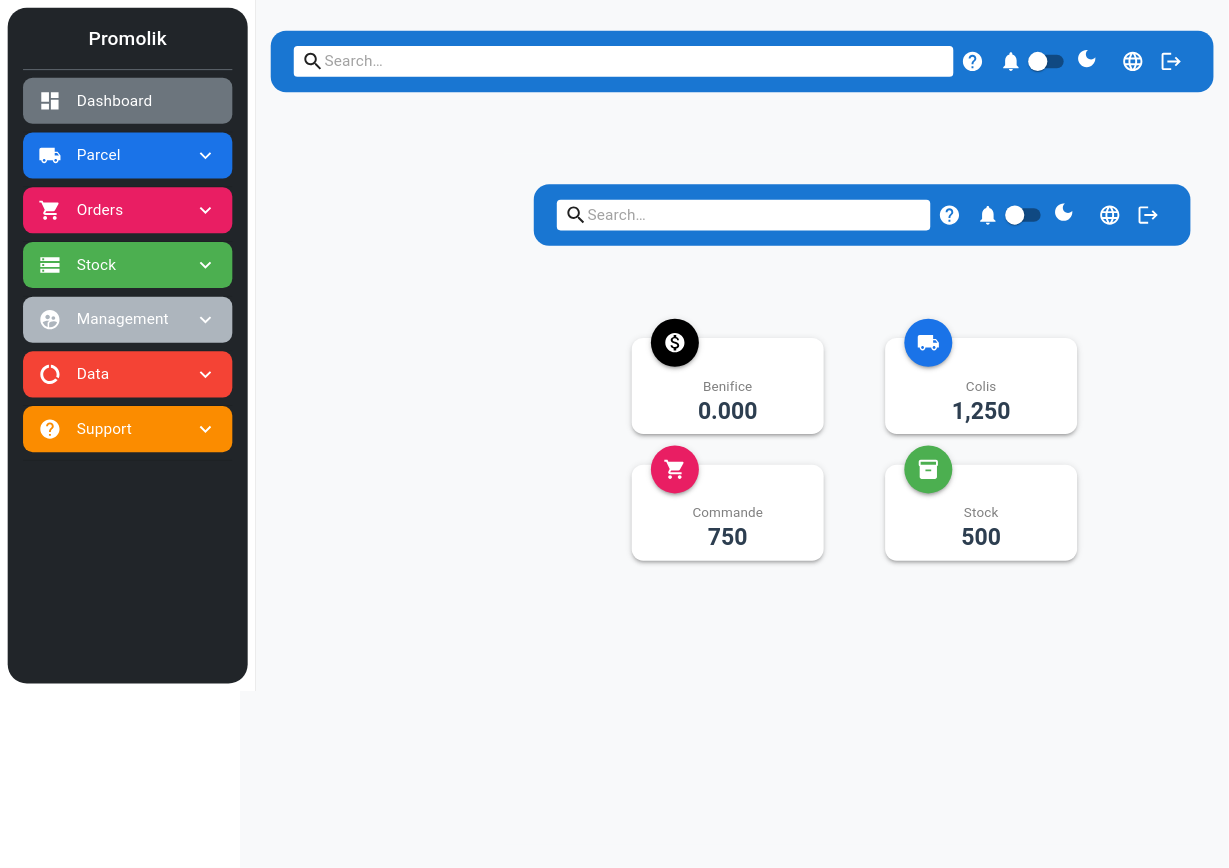
Repository: yosrjdly/stk
Page: /dashboard (app in dashboard/)
These files come from the project's save history. The page is drawn as it stood at one moment and after a run of saves; the edit follows.
The browser window is 1280 px wide. The pictures show the whole page, at 96% of full size.
The project was rebuilt for these pictures with package versions that can differ from the ones it lists, and the page was loaded fresh each time. The framework's server and built-in components were replaced by stand-ins that run in the browser. Also part of the build but not shown: dashboard/next.config.ts.

Above is the page before, as saved 2025-02-14 18:09:09.

### dashboard/src/app/dashboard/Layout.tsx
"use client";

import { Box, CssBaseline, Toolbar } from "@mui/material";
import Sidebar from "../../componenets/sidebar/SideBar";
import Navbar from "../../componenets/navbar/Navbar"; // Assuming you have a Navbar component
import { ReactNode } from "react";

interface LayoutProps {
  children: ReactNode;
}

export default function Layout({ children }: LayoutProps) {
  return (
    <Box sx={{ display: "flex" }}>
      <CssBaseline />

      {/* Sidebar (Permanent) */}
      <Sidebar />

      {/* Main Content Area */}
      <Box
        component="main"
        sx={{

          flexGrow: 1,
          p: 3,
          width: `calc(100% - 250px)`, // Adjusting main content width to fit sidebar
          backgroundColor: "#f8f9fa",
          minHeight: "100vh",
        }}
      >
        {/* Navbar */}
        <Navbar />

        {/* Page Content */}
        <Toolbar /> {/* Keeps content from being hidden behind Navbar */}
        {children}
      </Box>
    </Box>
  );
}

### dashboard/src/app/dashboard/page.tsx
import DashboardStats from "@/componenets/cards/smallCard/StatisticCard";
import Layout from "../dashboard/Layout";

export default function DashboardHome() {
  return (
    <Layout>
    <DashboardStats/>
    </Layout>
  );
}

### dashboard/src/componenets/sidebar/SideBar.tsx
"use client";

import { useState } from "react";
import { useRouter, usePathname } from "next/navigation";
import {
  Drawer,
  List,
  ListItemButton,
  ListItemText,
  Collapse,
  Divider,
  Typography,
  Box,
  IconButton,
} from "@mui/material";
import { ExpandLess, ExpandMore, Brightness4, Brightness7 } from "@mui/icons-material";
import DashboardIcon from '@mui/icons-material/Dashboard';
import LocalShippingIcon from '@mui/icons-material/LocalShipping';
import ShoppingCartIcon from '@mui/icons-material/ShoppingCart';
import StorageIcon from '@mui/icons-material/Storage';
import SupervisedUserCircleIcon from '@mui/icons-material/SupervisedUserCircle';
import DataUsageIcon from '@mui/icons-material/DataUsage';
import HelpIcon from '@mui/icons-material/Help';

const menuItems = [
  {
    title: "Dashboard",
    path: "/dashboard",
    color: "#6c757d",
    icon: <DashboardIcon />,
  },
  {
    title: "Parcel",
    subItems: [
      { title: "Exchange List", path: "/dashboard/parcel/exchangeList" },
      { title: "Exchange Return", path: "/dashboard/parcel/exchangeReturn" },
      { title: "Exchange Creation", path: "/dashboard/parcel/exchangeCreation" },
      { title: "Package Creation", path: "/dashboard/parcel/packageCreation" },
      { title: "Package Edit", path: "/dashboard/parcel/packageEdit" },
      { title: "Package List", path: "/dashboard/parcel/packageList" },
      { title: "Parcel Return", path: "/dashboard/parcel/parcelReturn" },
    ],
    color: "#1a73e8",
    icon: <LocalShippingIcon />,
  },
  {
    title: "Orders",
    subItems: [
      { title: "Cash Sale", path: "/dashboard/orders/cashSale" },
      { title: "Orders", path: "/dashboard/orders/orders" },
    ],
    color: "#e91e63",
    icon: <ShoppingCartIcon />,
  },
  {
    title: "Stock",
    subItems: [
      { title: "Add Article", path: "/dashboard/stock/addArticle" },
      { title: "Entred Stock", path: "/dashboard/stock/entredStock" },
      { title: "Notification", path: "/dashboard/stock/notification" },
      { title: "Stock", path: "/dashboard/stock/stock" },
    ],
    color: "#4caf50",
    icon: <StorageIcon />,
  },
  {
    title: "Management",
    subItems: [
      { title: "Delivery Company", path: "/manegement/deliveryCompany" },
      { title: "Profile", path: "/dashboard/management/profile" },
      { title: "Profit", path: "/dashboard/management/profit" },
      { title: "Spending", path: "/dashboard/management/spending" },
      { title: "User", path: "/dashboard/management/user" },
    ],
    color: "#adb5bd",
    icon: <SupervisedUserCircleIcon />,
  },
  {
    title: "Data",
    subItems: [
      { title: "Archived Parcel", path: "/dashboard/data/archivedParcel" },
      { title: "Command Deleted", path: "/dashboard/data/commandDeleted" },
      { title: "Deleted Parcel", path: "/dashboard/data/deletedParcel" },
      { title: "Inventory Removed", path: "/dashboard/data/inventoryRemoved" },
    ],
    color: "#f44335",
    icon: <DataUsageIcon />,
  },
  {
    title: "Support",
    subItems: [
      { title: "About Us", path: "/dashboard/support/aboutUs" },
      { title: "Claims", path: "/dashboard/support/claims" },
      { title: "User Guide", path: "/dashboard/support/userGuide" },
    ],
    color: "#fb8c00",
    icon: <HelpIcon />,
  },
];

export default function Sidebar() {
  const router = useRouter();
  const pathname = usePathname();
  const [openSections, setOpenSections] = useState<Record<string, boolean>>({});

  const toggleSection = (title: string) => {
    setOpenSections((prev) => ({
      ...prev,
      [title]: !prev[title],
    }));
  };

  return (
    <Drawer variant="permanent" sx={{ width: 250, flexShrink: 0, marginTop: 2 }}>
      <Box sx={{ height: "100%", width: 250, padding: 2, backgroundColor: "#212529", borderRadius: 5, margin: 1 }}>
        <Typography variant="h6" sx={{ color: "white", textAlign: "center", mb: 2 }}>
          Promolik
        </Typography>
        <Divider sx={{ backgroundColor: "#6c757d" }} />
        <List>
          {menuItems.map((item, index) => {
            const isParentActive = item.subItems?.some((subItem) => pathname === subItem.path);

            return (
              <div key={index}>
                {item.subItems ? (
                  <>
                    <ListItemButton
                      sx={{
                        backgroundColor: item.color,
                        borderRadius: "10px",
                        marginBottom: 1,
                        color: "white",
                      }}
                      onClick={() => toggleSection(item.title)}
                    >
                      {item.icon}
                      <ListItemText primary={item.title} sx={{ ml: 2 }} />
                      {openSections[item.title] ? <ExpandLess /> : <ExpandMore />}
                    </ListItemButton>
                    <Collapse in={openSections[item.title]} timeout="auto" unmountOnExit>
                      <List component="div" disablePadding>
                        {item.subItems.map((subItem, subIndex) => (
                          <ListItemButton
                            key={subIndex}
                            sx={{
                              pl: 4,
                              backgroundColor: pathname === subItem.path ? item.color : "transparent",
                              borderRadius: pathname === subItem.path ? "10px" : "0px",
                              marginBottom: 1,
                              color: pathname === subItem.path ? "white" : "#ccc",
                            }}
                            onClick={() => router.push(subItem.path)}
                          >
                            <ListItemText primary={subItem.title} />
                          </ListItemButton>
                        ))}
                      </List>
                    </Collapse>
                  </>
                ) : (
                  <ListItemButton
                    sx={{
                      backgroundColor: pathname === item.path ? item.color : "transparent",
                      borderRadius: pathname === item.path ? "10px" : "0px",
                      marginBottom: 1,
                      color: pathname === item.path ? "white" : "#ccc",
                    }}
                    onClick={() => router.push(item.path)}
                  >
                    {item.icon}
                    <ListItemText primary={item.title} sx={{ ml: 2 }} />
                  </ListItemButton>
                )}
                <Divider />
              </div>
            );
          })}
        </List>
      </Box>
    </Drawer>
  );
}

### dashboard/src/componenets/navbar/Navbar.tsx
'use client';

import React, { useState } from 'react';
import { AppBar, Toolbar, IconButton, InputBase, Menu, MenuItem, Switch, FormControlLabel } from '@mui/material';
import { Search as SearchIcon, Help as HelpIcon, Notifications as NotificationsIcon, Language as LanguageIcon, Logout as LogoutIcon, DarkMode as DarkModeIcon } from '@mui/icons-material';
import { useTheme } from '@mui/material/styles';

const Navbar = () => {
  const [anchorEl, setAnchorEl] = useState(null);
  const [themeMode, setThemeMode] = useState(false); // Dark mode state

  const theme = useTheme();

  const handleMenuOpen = (event) => {
    setAnchorEl(event.currentTarget);
  };

  const handleMenuClose = () => {
    setAnchorEl(null);
  };

  const toggleTheme = () => {
    setThemeMode((prev) => !prev);
    // You can add a theme switcher logic here (like changing the theme color)
  };

  return (
    <AppBar
      position="sticky"
      sx={{
        mx: 1,
        mt: 1,
        borderRadius: '16px',
        boxShadow: 'none',
        backdropFilter: 'blur(10ppx',
        zIndex: 1200,
      }}
    >
      <Toolbar>
        {/* Search Bar */}
        <InputBase
          placeholder="Search…"
          startAdornment={<SearchIcon />}
          sx={{ flexGrow: 1, backgroundColor: theme.palette.background.default, borderRadius: '4px', paddingLeft: '8px' }}
        />

        {/* Help Icon */}
        <IconButton color="inherit" onClick={handleMenuOpen}>
          <HelpIcon />
        </IconButton>

        {/* Notifications Icon */}
        <IconButton color="inherit">
          <NotificationsIcon />
        </IconButton>

        {/* Theme Switch */}
        <FormControlLabel
          control={<Switch checked={themeMode} onChange={toggleTheme} />}
          label={<DarkModeIcon />}
        />

        {/* Language Icon */}
        <IconButton color="inherit">
          <LanguageIcon />
        </IconButton>

        {/* Logout Icon */}
        <IconButton color="inherit">
          <LogoutIcon />
        </IconButton>
      </Toolbar>

      {/* Help Icon Menu */}
      <Menu
        anchorEl={anchorEl}
        open={Boolean(anchorEl)}
        onClose={handleMenuClose}
      >
        <MenuItem onClick={handleMenuClose}>Help Center</MenuItem>
        <MenuItem onClick={handleMenuClose}>Contact Support</MenuItem>
      </Menu>
    </AppBar>
  );
};

export default Navbar;

### dashboard/src/componenets/cards/smallCard/StatisticCard.tsx
'use client';

import React from 'react';
import { Card, CardContent, Typography, Box } from '@mui/material';
import MonetizationOnIcon from '@mui/icons-material/MonetizationOn';
import LocalShippingIcon from '@mui/icons-material/LocalShipping';
import ShoppingCartIcon from '@mui/icons-material/ShoppingCart';
import InventoryIcon from '@mui/icons-material/Inventory';

const StatisticCard = ({
  title,
  value,
  icon,
  bgColor,
}: {
  title: string;
  value: string;
  icon: React.ReactNode;
  bgColor: string;
}) => {
  return (
    <Box sx={{ position: 'relative', display: 'inline-block', mx: 2 }}>
      {/* Floating Icon */}
      <Box
        sx={{
          position: 'absolute',
          top: -20,
          left: 20,
          width: 50,
          height: 50,
          borderRadius: '50%',
          backgroundColor: bgColor,
          display: 'flex',
          alignItems: 'center',
          justifyContent: 'center',
          boxShadow: 3,
        }}
      >
        {icon}
      </Box>

      {/* Card */}
      <Card
        sx={{
          width: 200,
          height: 100,
          borderRadius: 3,
          textAlign: 'center',
          boxShadow: 3,
          backgroundColor: 'white',
          pt: 3,
        }}
      >
        <CardContent>
          <Typography variant="body2" sx={{ color: 'gray' }}>
            {title}
          </Typography>
          <Typography variant="h5" sx={{ fontWeight: 'bold', color: '#2D3E50' }}>
            {value}
          </Typography>
        </CardContent>
      </Card>
    </Box>
  );
};

const DashboardStats = () => {
  const stats = [
    { title: 'Benifice', value: '0.000', icon: <MonetizationOnIcon sx={{ color: 'white' }} />, bgColor: 'black' },
    { title: 'Colis', value: '1,250', icon: <LocalShippingIcon sx={{ color: 'white' }} />, bgColor: '#1a73e8' },
    { title: 'Commande', value: '750', icon: <ShoppingCartIcon sx={{ color: 'white' }} />, bgColor: '#e91e63' },
    { title: 'Stock', value: '500', icon: <InventoryIcon sx={{ color: 'white' }} />, bgColor: '#4caf50' },
  ];

  return (
    <Box display="flex" justifyContent="center" gap={4} flexWrap="wrap" mt={4}>
      {stats.map((stat, index) => (
        <StatisticCard key={index} title={stat.title} value={stat.value} icon={stat.icon} bgColor={stat.bgColor} />
      ))}
    </Box>
  );
};

export default DashboardStats;

### dashboard/src/componenets/cards/mediumCard/TopSellingCard.tsx
"use client";

import { Card, CardContent, Typography, Table, TableBody, TableCell, TableContainer, TableHead, TableRow, Paper } from "@mui/material";

const data = [
  { name: "article test", quantity: 7 },
  { name: "Version Test", quantity: 4 },
  { name: "Article 3", quantity: 1 },
];

const TopSellingCard = () => {
  return (
    <Card sx={{ maxWidth: 400, borderRadius: 2, boxShadow: 3, overflow: "hidden" }}>
      <CardContent sx={{ backgroundColor: "#f57c00", color: "white", textAlign: "center", padding: 2 }}>
        <Typography variant="h6" fontWeight="bold">
          10 articles plus vendus
        </Typography>
        <Typography variant="h6" fontWeight="bold">
          Colis
        </Typography>
      </CardContent>
      <CardContent>
        <TableContainer component={Paper} elevation={0} sx={{ boxShadow: "none" }}>
          <Table>
            <TableHead>
              <TableRow>
                <TableCell sx={{ fontWeight: "bold" }}>Désignation</TableCell>
                <TableCell sx={{ fontWeight: "bold" }}>Qté Vendus</TableCell>
              </TableRow>
            </TableHead>
            <TableBody>
              {data.map((item, index) => (
                <TableRow key={index}>
                  <TableCell>{item.name}</TableCell>
                  <TableCell>{item.quantity}</TableCell>
                </TableRow>
              ))}
            </TableBody>
          </Table>
        </TableContainer>
      </CardContent>
    </Card>
  );
};

export default TopSellingCard;

Loaded but not shown: dashboard/src/app/layout.tsx (common file); dashboard/src/app/globals.css (common file)

After the next 5 saves:
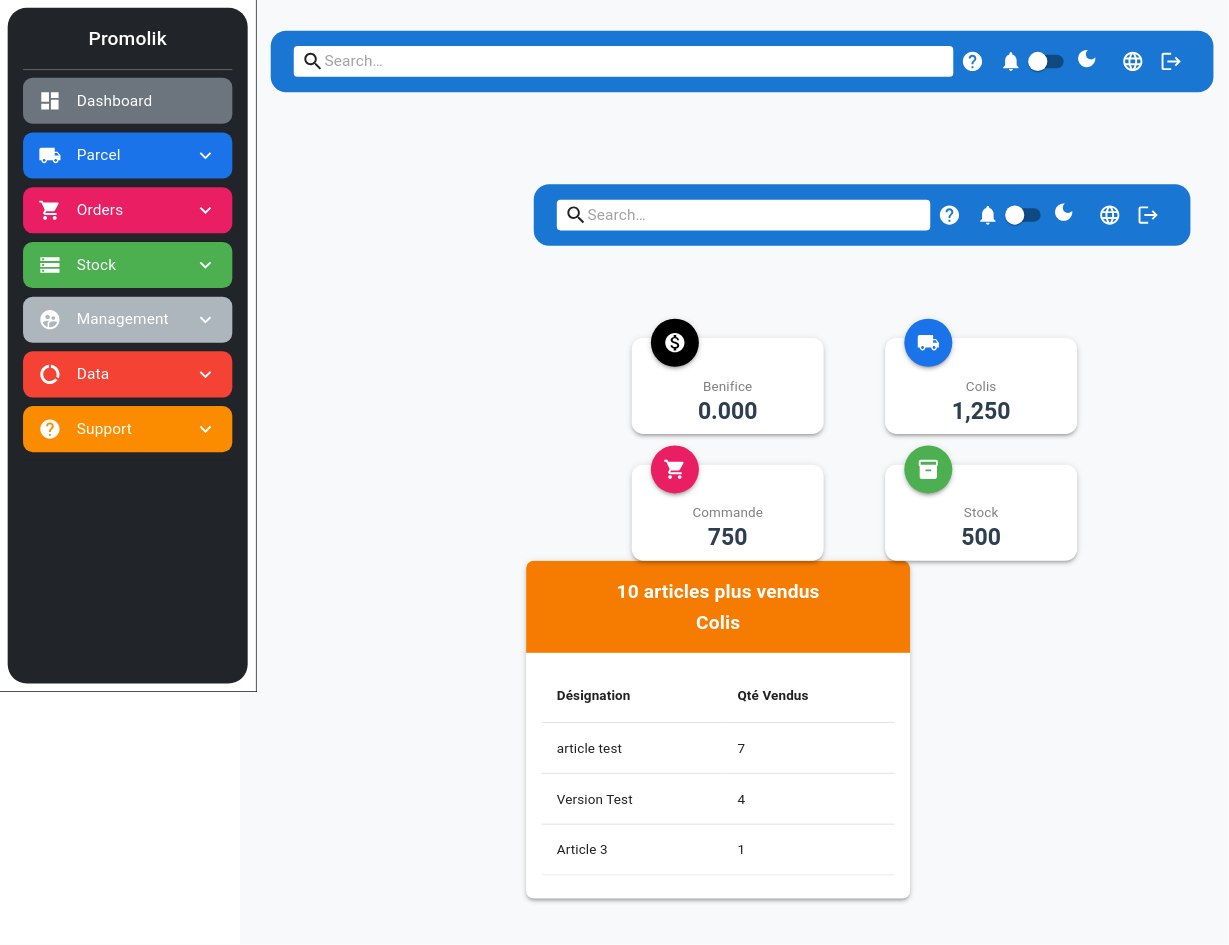
The 5 saves are shown as one change because they came seconds apart.
The last was saved 16 s later.
--- a/dashboard/src/app/dashboard/page.tsx
+++ b/dashboard/src/app/dashboard/page.tsx
@@ -1,10 +1,12 @@
 import DashboardStats from "@/componenets/cards/smallCard/StatisticCard";
 import Layout from "../dashboard/Layout";
+import TopSellingCard from "@/componenets/cards/mediumCard/TopSellingCard";
 
 export default function DashboardHome() {
   return (
     <Layout>
     <DashboardStats/>
+    <TopSellingCard/>
     </Layout>
   );
 }
